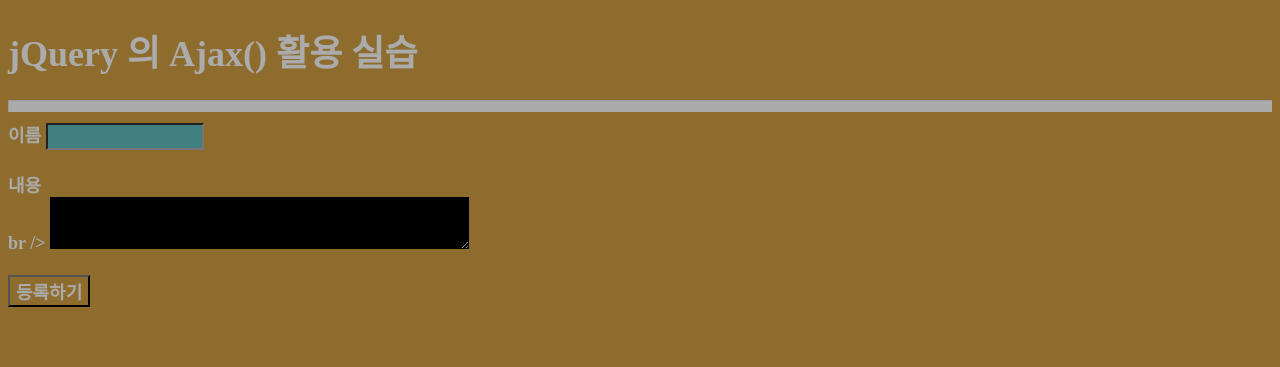
Repository: Umkimisstrong/UM_Webbb
Page: http://localhost/Ajaxjquery04/AjaxTest01.jsp
These files come from the project's save history. The page is drawn as it stood at one moment and after the next save; the edit follows.
The browser window is 1280 px wide. The pictures show the whole page.
The page is served by Tomcat 9. Other server files are loaded and not shown.

Above is the page before, as saved 2022-05-12 01:09:12.

### Ajaxjquery04/WebContent/AjaxTest01.jsp
<%@ page contentType="text/html; charset=UTF-8"%>
<%@ taglib prefix="c" uri="http://java.sun.com/jsp/jstl/core"%>
<%
	request.setCharacterEncoding("UTF-8");
	String cp = request.getContextPath();
%>
<!DOCTYPE html>
<html>
<head>
<meta charset="UTF-8">
<title>AjaxTest01.jsp</title>
<link rel="stylesheet" type="text/css" href="<%=cp%>/css/main.css">

<style type="text/css">

	textarea
	{
		background-color: black;
		color: white;
		border: 1px;
		border-color: black;
	}
</style>

<script type="text/javascript" src="https://code.jquery.com/jquery.min.js"></script>
<script type="text/javascript">

	$(function()
	{
		$("#sendBtn").click(function()
		{
			alert("등록하기버튼");
		});
	});

</script>
</head>
<body>

<div>
	<h1>jQuery 의 Ajax() 활용 실습</h1>
	<hr />
</div>

<div>
	이름 <input type="text" id="name" class="txt" />
	<br />
	<br />
	내용<br />br />
	<textarea name="" id="content" cols="50" rows="3"></textarea>
	<br /><br />

	<input type="button" value="등록하기" id="sendBtn" />

</div>
<br />
<br />

<div id="resultDiv">

</div>














</body>
</html>

### Ajaxjquery04/WebContent/css/main.css
@charset "UTF-8";

*
{
	background-color: #8d6c2e;
	font-family: 나눔고딕코딩;
	color: #ababab;
	font-weight: bold;
}
hr
{
	background-color: #ababab;
	height: 10px;
	border-bottom-color: #ababab;
	border-right-color: #ababab;
}
body, p, div, span, input, table, th, td, select
{
	font-size: 18px;
	font-weight: bold;
}
.txt
{
	font-weight: bold;
	background-color: #408080;
	width:150px;
}
.txt:focus
{
	font-weight: bold;
	background-color: #948716;
	width:150px;
}

.control
{
	border: 1px solid grey;
	border-radius: 3px;
	font-weight: bold;
}

.table
{
	border-collapse: collapse;
	width: 250px;
	font-weight: bold;
}

.table th, .table td
{
	border: 1px solid grey;
	border-left: 1px;
	border-right: 1px;
	padding: 3px;
	line-height: 150%;
	font-weight: bold;
}
.table td
{
	background-color: gray;
	font-weight: bold;
}
.table th
{
	font-weight: bold;
	background-color: #EEE;
}
.btn
{
	background-color: #8d6c2e;
}

.btn01
{
	font-weight: bold;
	width: 80px;
	color: blue;
	background-color: gray;

}
.btn02
{
	font-weight: bold;
	width: 80px;
	color: red;
	background-color: gray;
}

.btn:hover
{
	font-weight: bold;
	color: white;
	background-color: tomato;
}

After the next save:
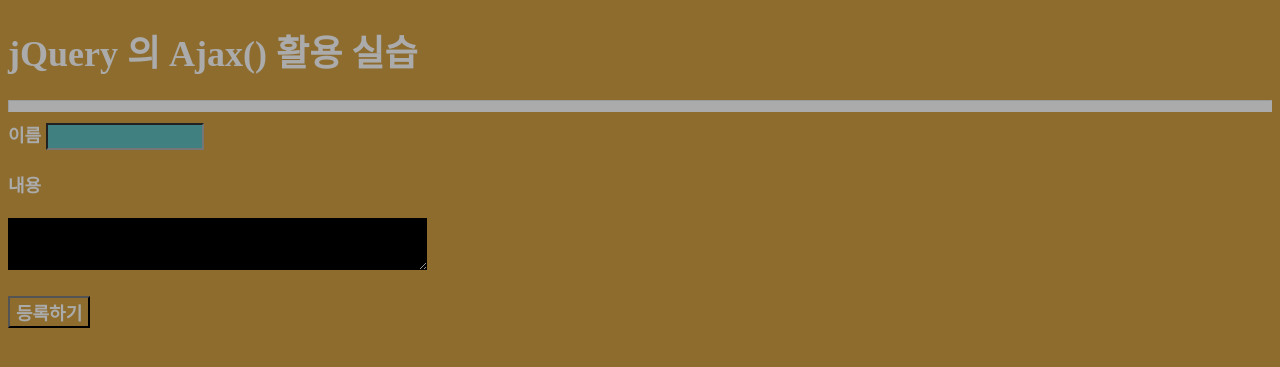
Saved 7 s later.
--- a/Ajaxjquery04/WebContent/AjaxTest01.jsp
+++ b/Ajaxjquery04/WebContent/AjaxTest01.jsp
@@ -46,7 +46,7 @@
 	이름 <input type="text" id="name" class="txt" />
 	<br />
 	<br />
-	내용<br />br />
+	내용<br /><br />
 	<textarea name="" id="content" cols="50" rows="3"></textarea>
 	<br /><br />
 
